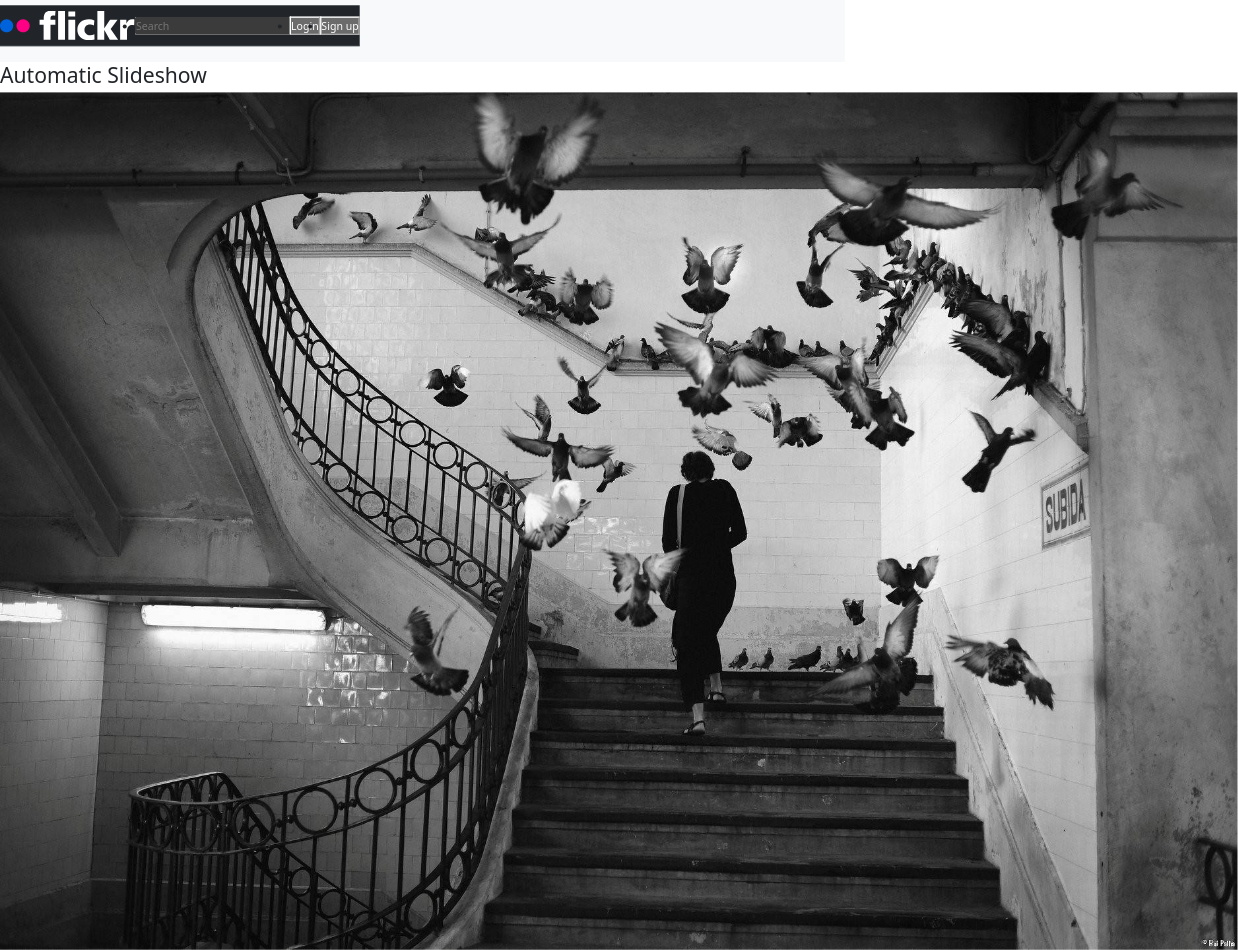
Repository: Alphosmart/LEVEL_1
Page: index.html
The author's editor kept a copy of each file at every save. The page is drawn from the files as they stood at one save, then again after the next save.
The browser window is 1280 px wide. The page is 1875 px wide, so the pictures cover 1875 px, including what lies to the right of the window. The pictures show the whole page, at 66% of full size.

Above is the page before, as saved 2024-06-03 09:30:37.

After the next save:
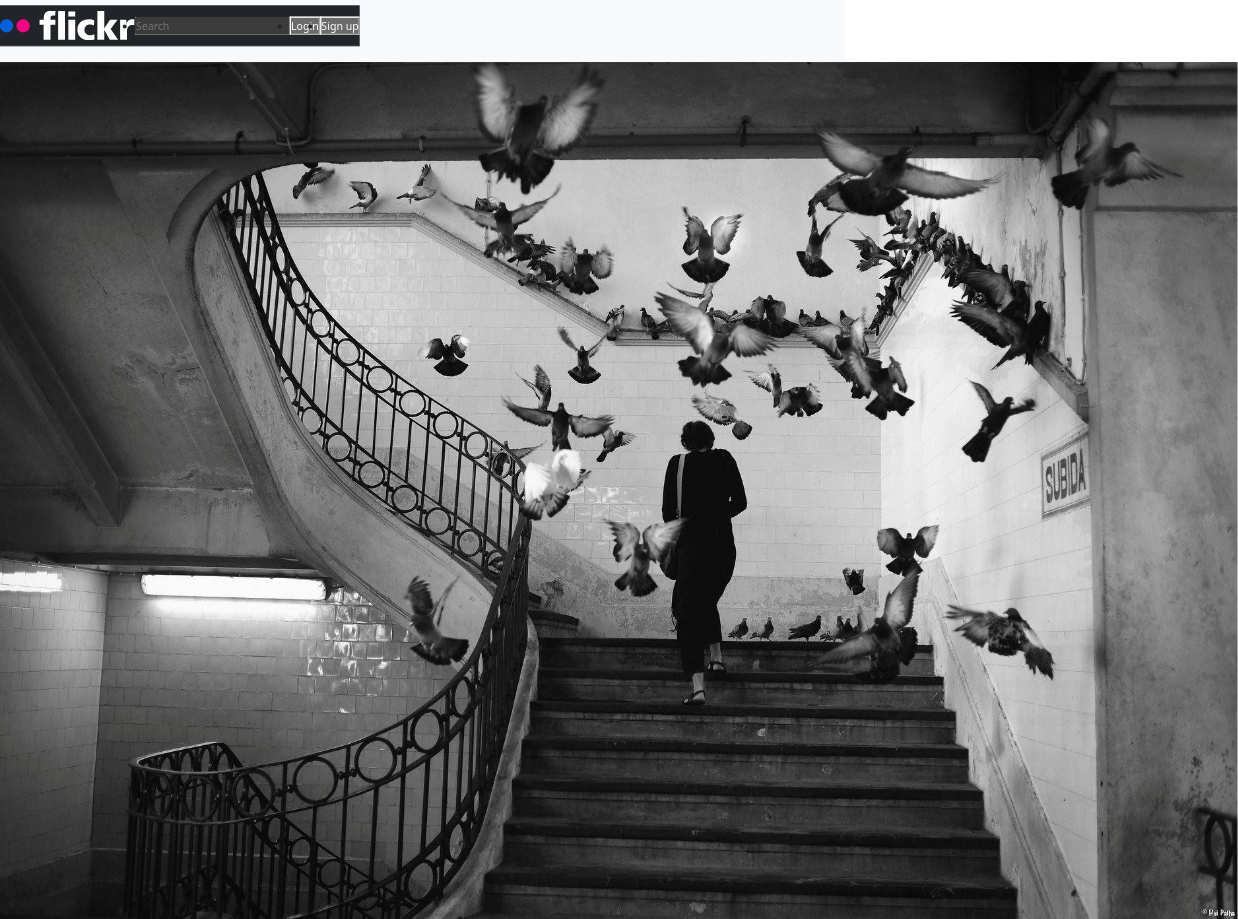
Saved 2 min 4 s later.
--- a/index.html
+++ b/index.html
@@ -22,9 +22,7 @@
       </ul>
     </nav>
 
-    <h2 class="w3-center">Automatic Slideshow</h2>
-
-    <div class="w3-content w3-section" style="max-width: 500px">
+    <div style="max-width: 500px">
       <img
         class="mySlides"
         src="/images/Barbara_van_der_Linde_Boet_and_Harvey.jpg"
